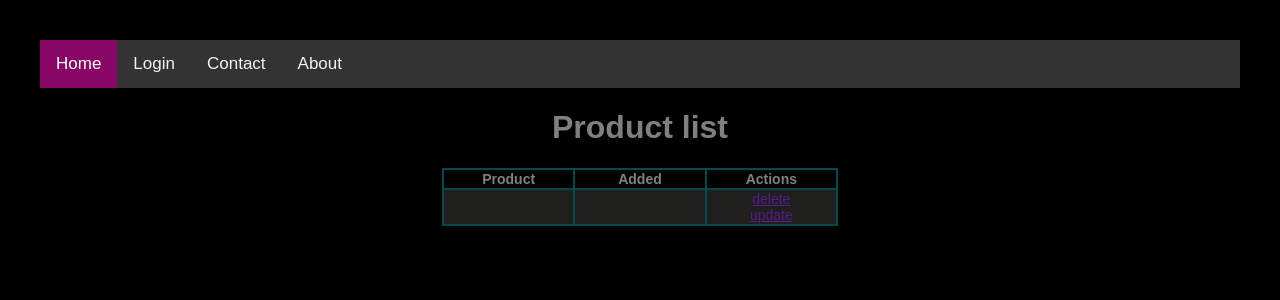
Repository: chaimakr/lab3-microservices-architecture
Page: http://localhost/
An editor plug-in stored every save of this project. The page is shown before and after the next save, followed by the edit.
The browser window is 1280 px wide. The pictures show the whole page.
The page is served by the project's application, run on Flask 3 (UI/app.py).

Above is the page before, as saved 2022-05-29 14:52:34.

### UI/templates/index.html
{% extends 'base.html' %}

{% block head %}
{% endblock %}

{% block body %}
<div class="content">
    <h1>Product list</h1>
    <table>
        <tr>
            <th>Product</th>
            <th>Added</th>
            <th>Actions</th>
        </tr>
        <tr>
            <td></td>
            <td></td>
            <td>
                <a href="">delete</a>
                <br>
                <a href="">update</a>
            </td>
        </tr>
    </table>
</div>
{% endblock %}

### UI/templates/base.html
<!DOCTYPE html>
<html lang="en">
<head>
    <meta charset="UTF-8">
    <meta http-equiv="X-UA-Compatible" content="IE=edge">
    <meta name="viewport" content="width=device-width, initial-scale=1.0">
    <link rel="stylesheet" href="{{ url_for('static', filename='css/main.css') }}">
    {% block head %} {% endblock%}
</head>
<body>
    {% include 'shared/navbar.html' %}
    {% block body %} {% endblock%}
</body>
</html>

### UI/templates/shared/navbar.html
<div class="topnav">
    <a class="active" href="#home">Home</a>
    <a href="#news">Login</a>
    <a href="#contact">Contact</a>
    <a href="#about">About</a>
  </div>

### UI/app.py
from email.policy import default
from flask import Flask, render_template , url_for
from flask_sqlalchemy import SQLAlchemy
import sqlalchemy
from datetime import datetime
app = Flask(__name__)
app.config['SQLALCHEMY_DATABASE_URI']= 'sqlite:///test.db'
db = SQLAlchemy(app)

class product(db.Model):
    Product_Code= db.Column(db.String(15), primary_key= True)
    Warehouse= db.Column(db.String(20), nullable=False)
    Product_Category= db.Column(db.String(20), nullable=False)
    Date= db.Column(db.DateTime, default= datetime.utcnow)
    Order_Demand= db.Column(db.String(200), nullable=False)

    def __repr__(self) -> str:
        return '<product %p>' % self.id

@app.route("/")
def index():
    return render_template('index.html')

if __name__ == "__main__":
    app.run(debug=True)

### UI/static/css/main.css
body, html {
    margin: 20px;
    font-family: sans-serif;
    background-color: black;
    color:gray;
    lighting-color:blue;
    outline-color:white;
    text-align:center;
}
center{
    margin-left: auto;
    margin-right: auto;

}
table, th, td{
    border: 1px solid #02484d;
    border-spacing: 0;
    width: 33%;
    font-size:14px;
    margin-left: auto;
    margin-right: auto;
    border: .5px;
    border-style: solid;
    border-color: #02484d;
}

tr:nth-child(even) {
  background-color: #1f1f1e;
}

input[type=text], select {
  width: 50;
  padding: 12px 20px;
  margin: 8px 0;
  display: inline-block;
  border: 1px solid #013438;
  border-radius: 6px;
  border-color: #013438;
  box-sizing: border-box;
  background-color:#1f1f1e;
  color:white;
  margin-right: 40px;

}

input[type=submit] {
  width: 50;
  background-color: #02484d;
  color: white;
  padding: 10px 20px;
  margin: 8px 0;
  border: none;
  border-radius: 4px;
  cursor: pointer;
}

input[type=submit]:hover {
  background-color: #03282b;
  color:gray;

}

.button {
  background-color: #02484d;
  border: none;
  color: white;
  padding: 2px 16px;
  text-align: center;
  text-decoration: none;
  display: inline-block;
  font-size: 16px;
  margin: 4px 2px;
  cursor: pointer;
}

.button:hover {
  background-color: #03282b;
  border: 4px;
  color: white;
  border-color: white;
  padding: 2px 16px;
  text-align: center;
  text-decoration: none;
  display: inline-block;
  font-size: 16px;
  margin: 4px 2px;
  cursor: pointer;
  color:gray;
}
body, html {
    margin: 20px;
    font-family: sans-serif;
    background-color: black;
    color:gray;
    lighting-color:blue;
    outline-color:white;
    text-align:center;
}
center{
    margin-left: auto;
    margin-right: auto;

}
table, th, td{
    border: 1px solid #02484d;
    border-spacing: 0;
    width: 33%;
    font-size:14px;
    margin-left: auto;
    margin-right: auto;
    border: .5px;
    border-style: solid;
    border-color: #02484d;
}

tr:nth-child(even) {
  background-color: #1f1f1e;
}

input[type=text], select {
  width: 50;
  padding: 12px 20px;
  margin: 8px 0;
  display: inline-block;
  border: 1px solid #013438;
  border-radius: 6px;
  border-color: #013438;
  box-sizing: border-box;
  background-color:#1f1f1e;
  color:white;
  margin-right: 40px;

}

input[type=submit] {
  width: 50;
  background-color: #02484d;
  color: white;
  padding: 10px 20px;
  margin: 8px 0;
  border: none;
  border-radius: 4px;
  cursor: pointer;
}

input[type=submit]:hover {
  background-color: #03282b;
  color:gray;

}

.button {
  background-color: #02484d;
  border: none;
  color: white;
  padding: 2px 16px;
  text-align: center;
  text-decoration: none;
  display: inline-block;
  font-size: 16px;
  margin: 4px 2px;
  cursor: pointer;
}

.button:hover {
  background-color: #03282b;
  border: 4px;
  color: white;
  border-color: white;
  padding: 2px 16px;
  text-align: center;
  text-decoration: none;
  display: inline-block;
  font-size: 16px;
  margin: 4px 2px;
  cursor: pointer;
  color:gray;
}
.topnav {
    background-color: #333;
    overflow: hidden;
  }

  /* Style the links inside the navigation bar */
  .topnav a {
    float: left;
    color: #f2f2f2;
    text-align: center;
    padding: 14px 16px;
    text-decoration: none;
    font-size: 17px;
  }

  /* Change the color of links on hover */
  .topnav a:hover {
    background-color: #ddd;
    color: black;
  }

  /* Add a color to the active/current link */
  .topnav a.active {
    background-color: #880666;
    color: white;
  }

After the next save:
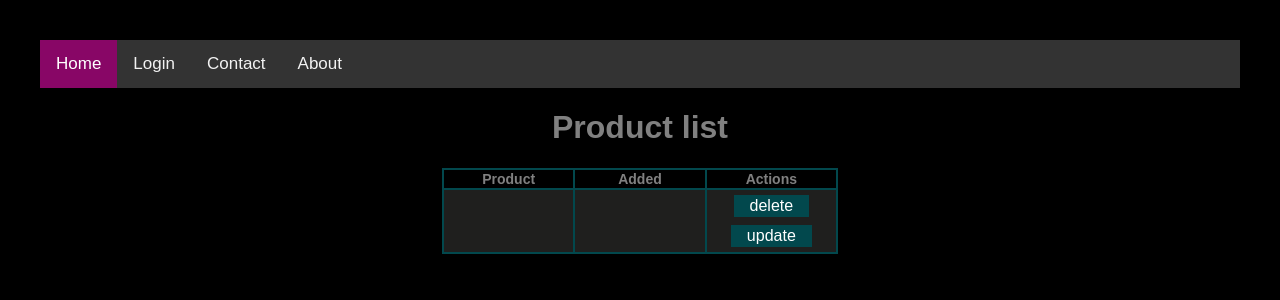
Saved 3 min 52 s later.
--- a/UI/templates/index.html
+++ b/UI/templates/index.html
@@ -16,9 +16,9 @@
             <td></td>
             <td></td>
             <td>
-                <a href="">delete</a>
+                <a href="" class="button">delete</a>
                 <br>
-                <a href="">update</a>
+                <a href="" class="button">update</a>
             </td>
         </tr>
     </table>
